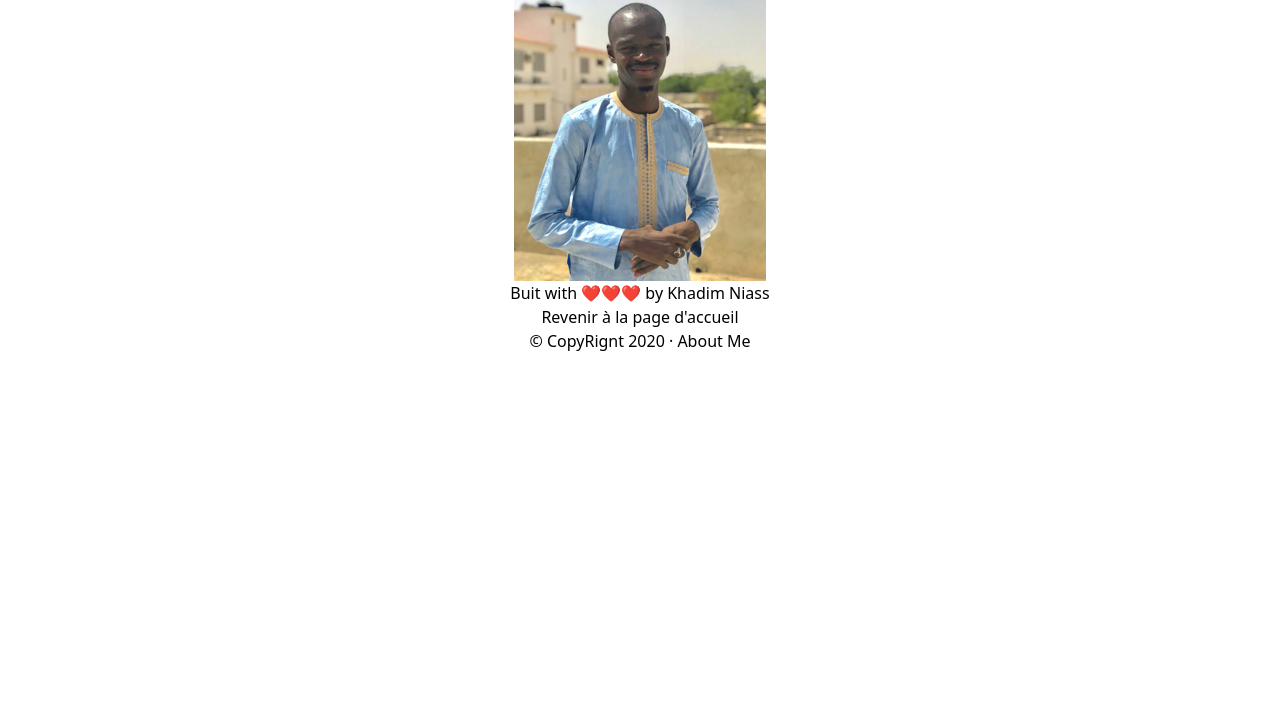
Repository: khadimniass/hello-city-with-Symfony
Page: templates/pages/about.html.twig
An editor plug-in stored every save of this project. The page is shown before and after the next save, followed by the edit.
The browser window is 1280 px wide. The pictures show the whole page.
The page is a Twig template of a Symfony application; nobody is signed in and links lead nowhere. The template is opened directly, without the code that normally fills it, so the values that code supplies are empty.

Above is the page before, as saved 2020-06-24 13:10:59.

### templates/pages/about.html.twig
{% extends 'base.html.twig' %}

{% block title 'About Us |' ~ parent() %}

{% block body %}
<img src="imgs/me.png" wid alt="picture of Khadim Niass">

    <h1>Buit with ❤️❤️❤️ by Khadim Niass</h1>

<p><a href="{{path('app_home')}}">Revenir à la page d'accueil</a></p>
{% endblock %}

### templates/base.html.twig
<!DOCTYPE html>
<html lang="{{app.request.locale}}">
    <head>
        <meta charset="UTF-8">
        <meta name="viewport" conteny="width=device-width, initial-scale=1, shrink-to-fit=no">
        <title>{% block title %}Hello City!{% endblock %}</title>
        <link href="https://unpkg.com/tailwindcss@^1.0/dist/tailwind.min.css" rel="stylesheet">
        {% block stylesheets %}{% endblock %}
    </head>
    <body class="flex flex-col justify-cenetr items-center min-h-screen">
        </main class="main">
        {% block body %}{% endblock %}
        </main>


        {% block javascripts %}{% endblock %}

    <footer>
        <p>
            &copy CopyRignt {{'now'|date('Y') }}
            &middot; <a href="{{ path('app_about')}} ">About Me</a>
        </p>
    </footer>

    </body>
</html>

After the next save:
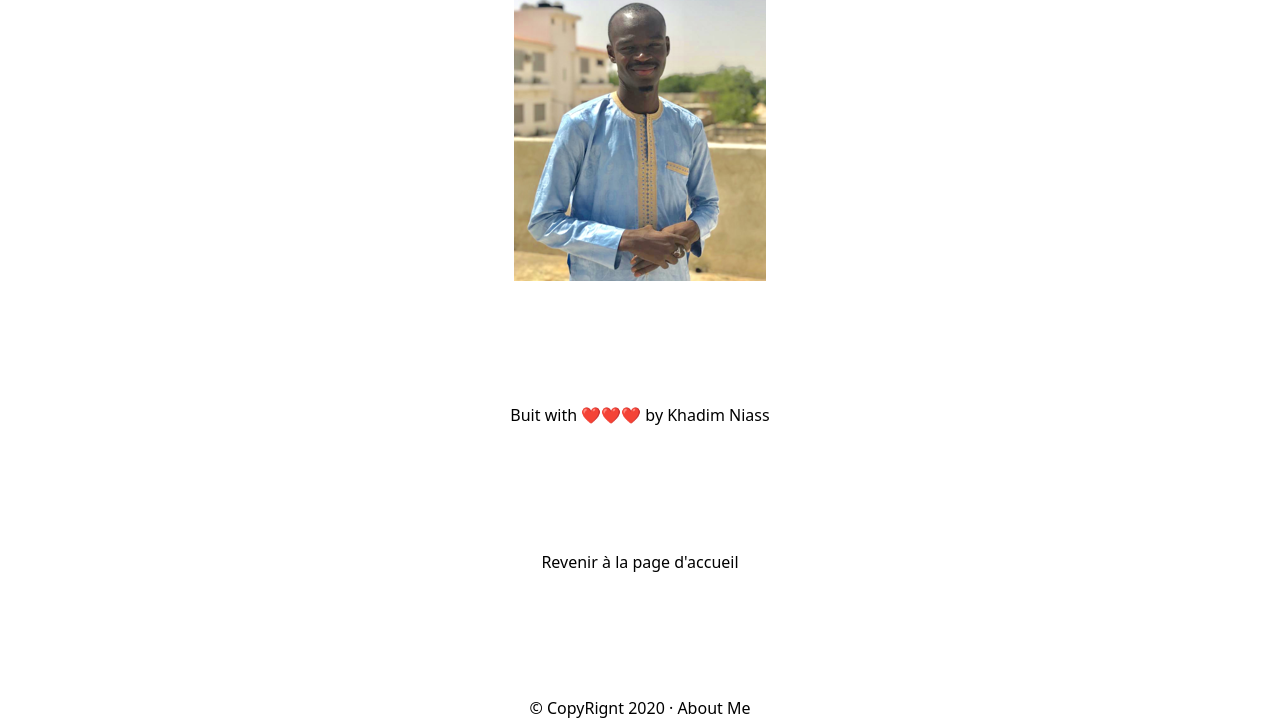
Saved 39 s later.
--- a/templates/base.html.twig
+++ b/templates/base.html.twig
@@ -7,7 +7,7 @@
         <link href="https://unpkg.com/tailwindcss@^1.0/dist/tailwind.min.css" rel="stylesheet">
         {% block stylesheets %}{% endblock %}
     </head>
-    <body class="flex flex-col justify-cenetr items-center min-h-screen">
+    <body class="flex flex-col justify-between items-center min-h-screen">
         </main class="main">
         {% block body %}{% endblock %}
         </main>
